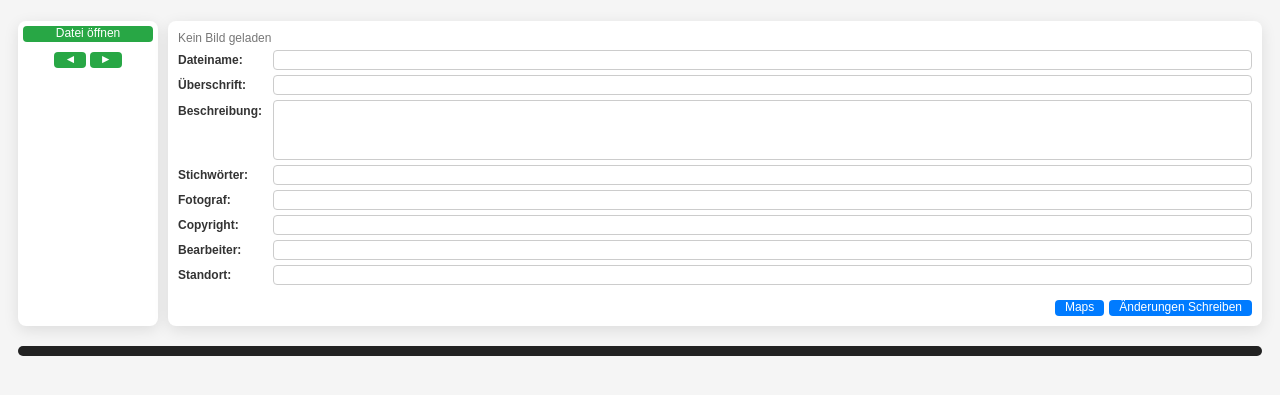
Repository: h-fahle/metadata
Page: ui/index.html
These files come from the project's save history. The page is drawn as it stood at one moment and after the next save; the edit follows.
The browser window is 1280 px wide. The pictures show the whole page.

Above is the page before, as saved 2026-08-18 19:35:25.

### ui/index.html
<!DOCTYPE html>
<html lang="de">

<head>
	<meta charset="UTF-8">
	<title>Tauri ExifTool Test</title>
	<script src="script.js"></script>
	<link rel="stylesheet" href="style.css">
</head>

<body>

	<div class="main-container">

		<!-- Das Vorschaubild links -->
		<div id="sidebar">

			<button id="file-open" onclick="dateiAuswählen()">Datei öffnen</button>

			<div style="margin: 0;">
				<button onclick="blaettern(-1)">◄</button>
				<button onclick="blaettern(1)">►</button>
			</div>

<!-- 		<select id="menue-oeffnen" onchange="menueAktion(this)" >
				<option value="dateien">🖼️ Bilder öffnen...</option>
				<option value="ordner">📁 Ordner öffnen...</option>
			</select>
 -->
			<img id="vorschau-bild" src="" style="display:none;" />
			<div id="bild-info" style="text-align:center;">
				<!-- Navigations-Buttons -->
				<span id="img-nummer"></span><br>
				<span id="img-datum"></span><br>
				<span id="img-groesse"></span>
			</div>
		</div>

		<!-- Das Formular rechts -->
		<div id="mein-formular-container">

			<div id="ordner-pfad">Kein Bild geladen</div>

			<div class="tooltip" data-tooltip=
"Im Einzelmodus: Änderung des Dateinamens bewirkt
   Umbenennung der Datei.
Im Stapelmodus: Ordnername is nicht änderbar.!">
				<label for="filename">Dateiname:</label>
				<input type="text" id="filename" name="filename"/>
			</div>

			<div class="tooltip" data-tooltip=
"Auch: (Dokument-)Titel, Schlagzeile, Headline">
				<label for="caption">Überschrift:</label>
				<input type="text" id="caption" name="caption"/>
			</div>

			<div class="tooltip" data-tooltip=
"Beschreibender Text in beliebiger Länge.
(Im Stapelmodus wird der eingegebene Text
   an vorhandenen angehängt.)
Hinweis: Einige Programme zeigen nur 2.000 Zeichen
   oder auch weniger an.">
				<label for="description">Beschreibung:</label>
				<textarea id="description" name="description" style="min-height: 60px;"></textarea>
			</div>

			<div class="tooltip" data-tooltip=
"Komma-separierte Liste. Groß-/Kleinschreibung beachten.
Im Stapelmodus werden die eingegebenen Stichwörter
   an vorhandene angehängt.">
				<label for="keywords">Stichwörter:</label>
				<input type="text" id="keywords" name="keywords"/>
			</div>

			<div class="tooltip" data-tooltip=
"Urheber, Ersteller, Autor
(Tags: Artitst, Creator, By-line)">
				<label for="creator">Fotograf:</label>
				<input type="text" id="creator" name="creator"/>
			</div>

			<div class="tooltip" data-tooltip=
"Urheberrechtshinweis; enthält in der Regel:
Name des Fotografen, Aufnahmejahr und Nutzungsrechte;
(z.B. 'Copyright [1975] [Mustermann], Alle Rechte vorbehalten')">
				<label for="copyright">Copyright:</label>
				<input type="text" id="copyright" name="copyright"/>
			</div>

			<div class="tooltip" data-tooltip=
"Verfasser der Metadaten
(Tags: Caption Writer, Writer Editor)">
				<label for="editor">Bearbeiter:</label>
				<input type="text" id="editor" name="editor"/>
			</div>

			<div class="tooltip" data-tooltip=
"GPS-Koordinaten in Dezimalgrad (51.49129, 8.43317).
Ermitteln der Koordinaten in der Google Maps-Karte:
  1. mit rechter Maustaste auf den Standort klicken,
  2. auf die angezeigten Koordinaten klicken,
  3. der so gespeicherte Wert kann dann mit Strg+V
     kopiert werden.">
				<label for="position">Standort:</label>
				<input type="text" id="position" name="position"/>
			</div>

			<!-- Button-Leiste -->
			<div class="button-group" style="text-align: right; margin-top: 15px;">
				<button type="button" onclick="zeigeMaps(event)" style="background: #007BFF;">Maps</button>
				<button type="button" onclick="exifSchreiben(event)" style="background: #007BFF;">Änderungen Schreiben</button>
			</div>

		</div>
	</div> <!-- Ende des main-containers -->

	<div id="ausgabe"></div>

</body>

</html>

### ui/script.js
let aktuellerBildPfad = "";
let bilderListe = [];
let aktuellerIndex = -1;

async function zeigeMaps(event) {
    event.preventDefault()
    let gps = document.getElementById('position').value;

    try {
        // Ruft direkt unsere eigene, sichere Rust-Funktion auf
        await window.__TAURI__.core.invoke('oeffne_maps_browser', {
            gpsString: gps
        });
    } catch (fehler) {
        console.error("Fehler:", fehler);
    }
}

async function dateiAuswählen() {
    try {
        const ergebnis = await window.__TAURI__.core.invoke('plugin:dialog|open', {
            options: {
                title: 'Bilddatei für ExifTool auswählen',
                directory: false,
                multiple: false,
                filters: [
                    { name: 'Bilder', extensions: ['jpg', 'jpeg', 'png', 'gif', 'tif', 'tiff', 'webp', 'avif', 'heic', 'heif'] }
                ]
            }
        });

        if (ergebnis) {
            const pfad = typeof ergebnis === 'object' ? ergebnis.path : ergebnis;
            aktuellerBildPfad = pfad;

            // Bilderliste des Ordners auslesen
            await ladeOrdnerBilder(pfad);

            // Metadaten für das aktuelle Bild einlesen
            exifAuslesen();
        }
    } catch (fehler) {
        document.getElementById("ausgabe").innerHTML = "<span style='color: red;'>Dialog-Fehler: " + fehler + "</span>";
    }
}

async function ladeOrdnerBilder(pfad) {
    try {
        bilderListe = await window.__TAURI__.core.invoke('hole_ordner_bilder', { dateipfad: pfad });
        // Finde den Index des aktuell geöffneten Bildes
        aktuellerIndex = bilderListe.indexOf(pfad);
    } catch (fehler) {
        console.error("Fehler beim Laden des Ordnerinhalts:", fehler);
        bilderListe = [pfad];
        aktuellerIndex = 0;
    }
}

function blaettern(richtung) {
    if (bilderListe.length === 0) return;

    aktuellerIndex += richtung;

    // Begrenzungen einhalten
    if (aktuellerIndex < 0) {
        aktuellerIndex = 0;
        return;
    }
    if (aktuellerIndex >= bilderListe.length) {
        aktuellerIndex = bilderListe.length - 1;
        return;
    }

    aktuellerBildPfad = bilderListe[aktuellerIndex];
    exifAuslesen();
}

async function exifAuslesen() {
    const pfad = aktuellerBildPfad;
    const ausgabe = document.getElementById("ausgabe");
    const vorschauImg = document.getElementById("vorschau-bild");

    ausgabe.innerText = "Rufe ExifTool auf...";

    try {
        // 1. Metadaten über Rust holen
        const jsonText = await window.__TAURI__.core.invoke('lese_bild_metdaten', { dateipfad: pfad });
        const datenObjekt = JSON.parse(jsonText)[0]; 	// Das 1. JSON-Objekt im JSON-Array in JS-Objekt umwandeln

        if (bilderListe.length > 0) {
            document.getElementById('img-nummer').innerText = `# ${aktuellerIndex + 1}/${bilderListe.length}`;
        } else {
            document.getElementById('img-nummer').innerText = '# 0/0';
        }

        let datum = datenObjekt.DateTimeOriginal;
        if (typeof datum === 'undefined') {
            datum = '(unbekannt)';
        }
        document.getElementById('img-datum').innerText = '\u{1F4F7} ' + datum || '';
        document.getElementById('img-groesse').innerText = '⤢ ' + datenObjekt.ImageSize || '';

        document.getElementById('filename').value = datenObjekt.FileName || '';
        document.getElementById('caption').value = datenObjekt.CMB_Caption || '';
        document.getElementById('description').value = datenObjekt.Description || '';
        document.getElementById('keywords').value = datenObjekt.Keywords || '';
        document.getElementById('creator').value = datenObjekt.Creator || '';
        document.getElementById('copyright').value = datenObjekt.Copyright || '';
        document.getElementById('editor').value = datenObjekt.CMB_Editor || '';
        document.getElementById('position').value = datenObjekt.GPSPosition || '';

        const vollerPfad = pfad;
        // Erkennt automatisch Linux-Schrägstriche (/) und Windows-Backslashes (\)
        const letzterSlash = Math.max(vollerPfad.lastIndexOf('/'), vollerPfad.lastIndexOf('\\'));
        let ordner = "Unbekannt";
        if (letzterSlash !== -1) {
            ordner = vollerPfad.substring(0, letzterSlash);
        }
        // Den berechneten Ordnerpfad in das neue Label schreiben
        document.getElementById('ordner-pfad').innerText = ordner;

        // Wir nehmen das erste Element der Liste (ExifTool liefert immer ein Array)
        // und stellen es schön formatiert im Browser dar
        // ausgabe.innerText = JSON.stringify(datenObjekt[0], null, 2);
        ausgabe.innerText = jsonText;

        // Wir fragen Rust nach dem besten Weg für das Bild
        const vorschauErgebnis = await window.__TAURI__.core.invoke('hole_vorschaubild', { dateipfad: pfad });

        if (vorschauErgebnis === "STANDARD") {
            // Normales JPG/PNG über das Asset-Protokoll
            const assetUrl = window.__TAURI__.core.convertFileSrc(pfad);
            vorschauImg.src = assetUrl + "?t=" + new Date().getTime();
        } else if (vorschauErgebnis.startsWith("data:[embedded picture, 23 characters]")) {
            // TIF/TIFF über den im RAM kompilierten Rust-Wandler
            vorschauImg.src = vorschauErgebnis;
        }

        vorschauImg.style.display = "block";



    } catch (fehler) {
        ausgabe.innerHTML = "<span style='color: red;'>Fehler: " + fehler + "</span>";
        vorschauImg.style.display = "none";
        infoText.innerText = "Fehler beim Laden";
    }
}

async function exifSchreiben(ereignis) {
    if (ereignis) ereignis.preventDefault();  // verbietet dem Browser den automatischen Seiten-Reset!

    const pfad = aktuellerBildPfad;
    const ausgabe = document.getElementById("ausgabe");

    ausgabe.innerText = "Speichere Daten über ExifTool...";

    // Wir sammeln alle aktuellen Werte aus den Eingabefeldern ein
    const daten = {
        dateipfad: pfad,
        filename: document.getElementById('filename').value,
        caption: document.getElementById('caption').value,
        description: document.getElementById('description').value,
        keywords: document.getElementById('keywords').value.split(',').map(s => s.trim()).join(', '),
        creator: document.getElementById('creator').value,
        copyright: document.getElementById('copyright').value,
        editor: document.getElementById('editor').value,
        gps: document.getElementById('position').value
    };

    try {
        // Wir schicken das gesamte Paket an die Rust-Funktion 'schreibe_bild_metdaten'
        const antwort = await window.__TAURI__.core.invoke('schreibe_bild_metdaten', daten);

        // Bei Erfolg zeigen wir die Meldung in grüner Schrift an
        ausgabe.innerHTML = "<span style='color: #00ff00;'>" + antwort + "</span>";

        // 2. Da der Pfad dank preventDefault() jetzt bombenfest im Feld stehen bleibt,
        // funktioniert das Neuladen nun augenblicklich und fehlerfrei!
        await exifAuslesen();

    } catch (fehler) {
        // Falls etwas schiefgeht (z.B. Datei schreibgeschützt), zeigen wir den Fehler an
        ausgabe.innerHTML = "<span style='color: red;'>Fehler beim Speichern: " + fehler + "</span>";
    }
}

### ui/style.css
body {
	font-family: sans-serif;
	font-size: 12px;
	padding: 3px 10px;
	background: #f5f5f5;
}

button {
	padding: 0px 10px 2px 10px;
	font-size: 12px;
	cursor: pointer;
	background: #28a745;
	color: white;
	border: none;
	border-radius: 4px;
}
/* Der Absendeknopf richtet sich nach den Eingabefeldern aus */
.button-group {
	display: flex;
	justify-content: flex-end;
}
.button-group button {
	margin-left: 5px;
}

select {
	-moz-appearance: none;
	-webkit-appearance: none;
	appearance: none;
	border: none;
	border-radius: 4px;
	background: #28a745;
	color: white;
	width: 120px;
}

#ausgabe {
	margin-top: 20px;
	background: #222;
	color: #00ff00;
	padding: 5px;
	border-radius: 5px;
	font-family: monospace;
	white-space: pre-wrap;
	overflow-x: auto;
}

input#bildpfad {
	width: 350px;
}

/* Der neue Haupt-Container für die Nebeneinander-Ausrichtung */
.main-container {
	margin-top: 10px;
	display: flex;
	flex-direction: row;
	/* Elemente nebeneinander */
	gap: 10px;
	/* Abstand zwischen Bild und Formular */
	width: 100%;
	box-sizing: border-box;
}

/* Styling für den Bild-Bereich */
#sidebar {
	width: 130px;
	min-width: 130px;
	display: flex;
	flex-direction: column;
	align-items: center;
	justify-content: flex-start;
	padding: 5px;
	background-color: #ffffff;
	border-radius: 8px;
	box-shadow: 0 4px 15px rgba(0, 0, 0, 0.1);
}

#file-open {
	width: 130px;
	margin-bottom: 10px;
}

#vorschau-bild {
	width: 130px;
	height: auto;
	border: 1px outset gray;
}

/* Container des Formulars */
#mein-formular-container {
	flex-grow: 1;
	margin: 0;
	padding: 5px 10px;
	background-color: #ffffff;
	border-radius: 8px;
	box-shadow: 0 4px 15px rgba(0, 0, 0, 0.1);
	font-family: Arial, sans-serif;
}

#mein-formular-container div {
	display: flex;
	align-items: center;
	margin: 6px 0;
	/* Geringer Zeilenabstand */
	width: 100%;
	margin-top: 5px;
	/* Kleiner Abstand nach oben */
	margin-bottom: 5px;
	/* Kleiner Abstand nach unten */
}

label[for="description"] {
	align-self: flex-start;
	/* DIESE ZEILE IST DIE RETTUNG: Richtet NUR dieses Label oben aus! */
	margin-top: 4px;
	/* Feinjustierung, damit es perfekt auf der Linie der ersten Textzeile liegt */
}

#ordner-pfad {
	margin-left: 97px;
	margin-bottom: 2px;
	color: #777777;
	font-size: 12px;
	font-family: Arial, sans-serif;
}

/* Feste Breite für die Labels + Linksbündig */
label {
	display: inline-block;
	width: 95px;
	text-align: left;
	font-weight: bold;
	color: #333333;
	flex-shrink: 0;
	/* Verhindert, dass der Text zusammengedrückt wird */
}

/* Eingabefelder füllen den restlichen Platz der Zeile aus */
input[type="text"],
textarea {
	flex-grow: 1;
	/* Alle Felder starten exakt an der gleichen Linie */
	width: 100%;
	min-width: 0;
	padding: 2px;
	border: 1px solid #cccccc;
	border-radius: 4px;
	box-sizing: border-box;
	font-size: 12px;
}

textarea {
	/* DIESE BEIDEN ZEILEN LÖSEN DAS LINUX-PROBLEM ENDGÜLTIG: */
	field-sizing: content;
	/* Die Box wächst automatisch zeilenweise mit! */
	overflow: hidden;
	/* Schaltet Scrollbalken und damit den Bug komplett ab */
	resize: none;
	/* Der Nutzer muss nicht mehr manuell ziehen */
}

/* Aktives Feld bei Klick */
input:focus,
textarea:focus {
	border-color: #007BFF;
	outline: none;
	box-shadow: 0 0 5px rgba(0, 123, 255, 0.5);
}

.tooltipx {
	position: relative;
	z-index: 1;
}

/* Tooltip-Box beim Hover anzeigen */
.tooltipx:hover::after {
	z-index: 999;
	content: attr(data-tooltip);
	position: absolute;
	bottom: -130%;
	/* unterhalb */
	left: 50%;
	/* nach rechts versetzt */
	transform: translateX(-50%);
	background-color: lightyellow;
	color: black;
	padding: 5px 10px;
	border: 1px solid gray;
	border-radius: 4px;
	white-space: pre;
	width: max-content;
	font-size: 10px;
}

.tooltip {
	position: relative;
	display: block;
	margin-bottom: 15px;
	/* Wichtig: Standard-Ebene für alle Zeilen */
	z-index: 1;
}

.tooltip:focus-within {
	z-index: 10;
}

/* Wenn die Maus drüber ist oder getippt wird, MUSS diese Zeile über allen anderen liegen */
.tooltip:hover,
.tooltip:has(input:focus) {
	z-index: 9999 !important;
}

.tooltip:hover {
	z-index: 99999 !important;
}

/* Der Tooltip selbst */
.tooltip:hover::after {
	content: attr(data-tooltip);
	position: absolute;

	/* Vertikale Positionierung (unten) */
	top: 50%;
	margin-top: 8px;
	bottom: auto;

	/* Horizontale Positionierung (an deiner Label-Breite) */
	left: 105px;
	/* Hier wieder deine Label-Breite eintragen */
	right: auto;
	transform: none;

	/* Styling & Farben */
	background-color: #333333;
	color: #ffffff;
	padding: 2px 4px;
	background-color: lightyellow;
	color: black;
	border: 1px solid gray;
	border-radius: 4px;
	font-size: 11px;
	line-height: 1.4;

	/* Dynamische Breite */
	white-space: pre;
	width: max-content;

	/* DIE RETTUNG FÜR DEN Z-INDEX: */
	z-index: 100000;
	pointer-events: none;
	/* Verhindert, dass der Tooltip Maus-Klicks oder Hovers abfängt */
}

After the next save:
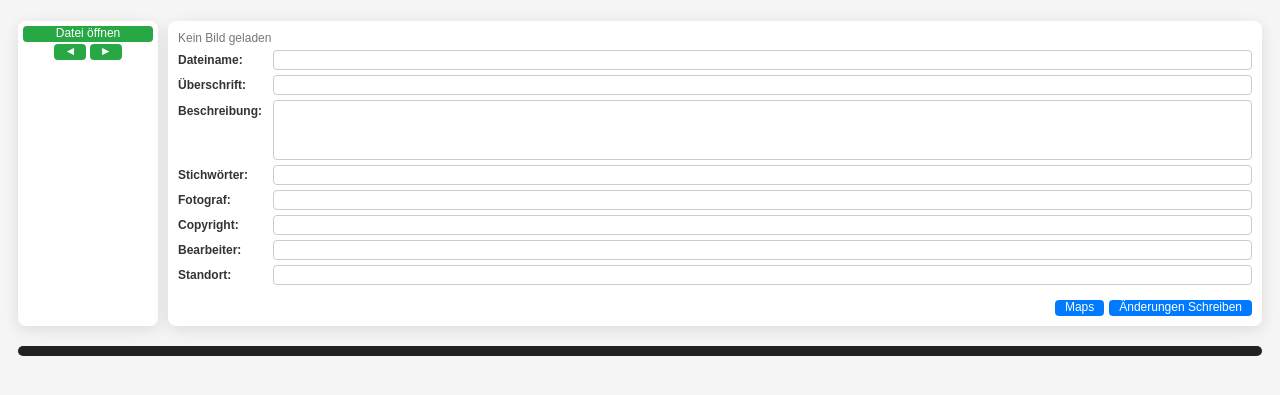
Saved 2 min 1 s later.
--- a/ui/style.css
+++ b/ui/style.css
@@ -14,6 +14,11 @@ button {
 	border: none;
 	border-radius: 4px;
 }
+button#file-open {
+	width: 130px;
+	margin-bottom: 2px;
+}
+
 /* Der Absendeknopf richtet sich nach den Eingabefeldern aus */
 .button-group {
 	display: flex;
@@ -73,11 +78,6 @@ input#bildpfad {
 	background-color: #ffffff;
 	border-radius: 8px;
 	box-shadow: 0 4px 15px rgba(0, 0, 0, 0.1);
-}
-
-#file-open {
-	width: 130px;
-	margin-bottom: 10px;
 }
 
 #vorschau-bild {
